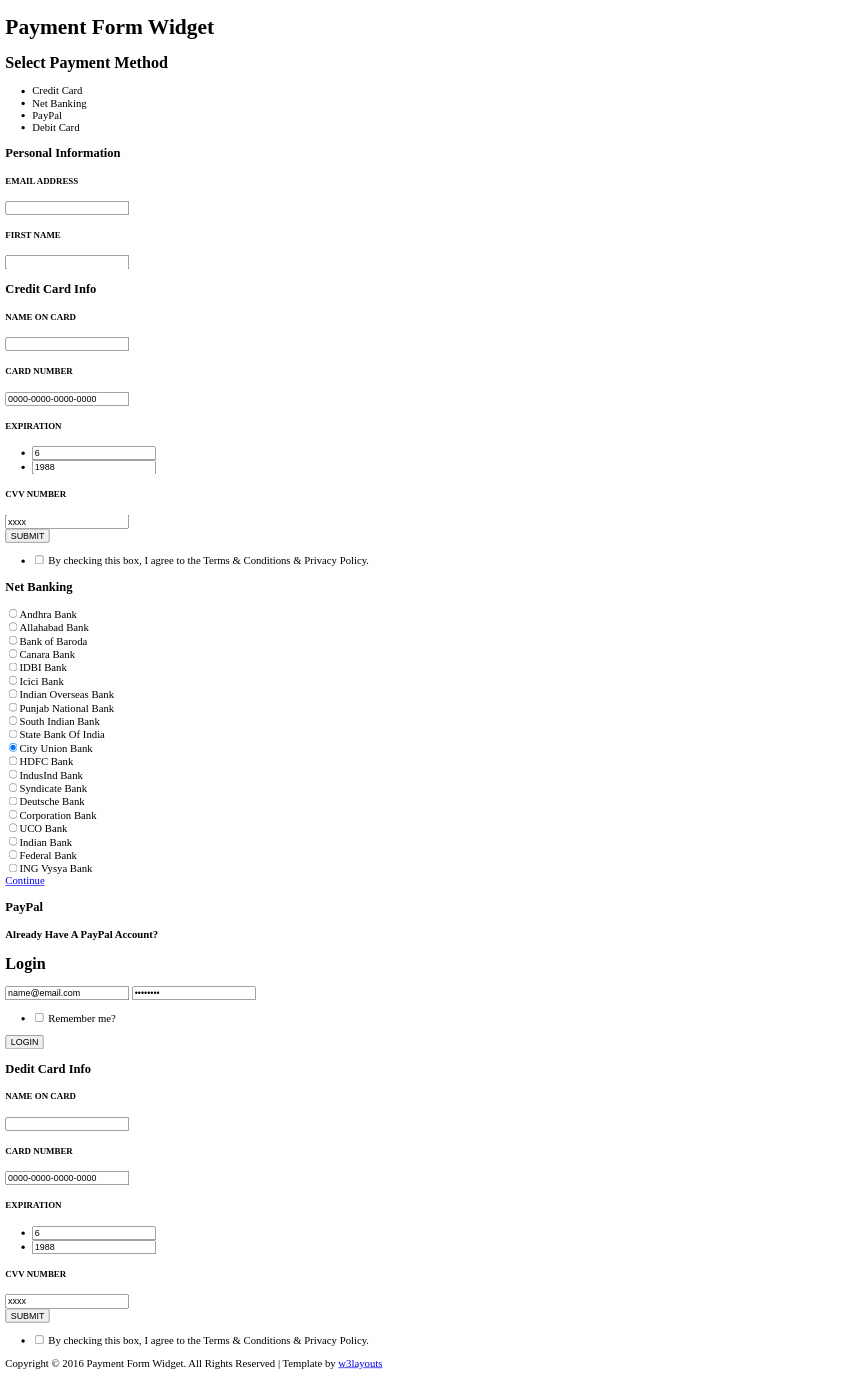
Repository: abinbabu/project-1-final
Page: http://localhost/shoppingcartfront/WEB-INF/views/lastpage.jsp
An editor plug-in stored every save of this project. The page is shown before and after the next save, followed by the edit.
The browser window is 1280 px wide. The pictures show the whole page, at 67% of full size.
The page is served by Tomcat 9. Nobody is signed in. The template is opened directly, without the code that normally fills it, so the values that code supplies are empty.

Above is the page before, as saved 2016-08-21 09:08:40.
Console error: ReferenceError: jQuery is not defined

After the next save:
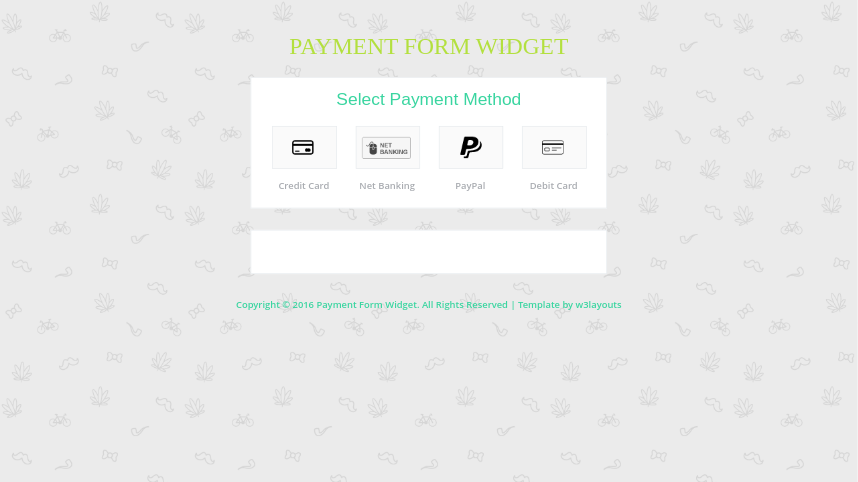
Saved 48 s later.
--- a/final complete/shoppingcartfront/src/main/webapp/WEB-INF/views/lastpage.jsp
+++ b/final complete/shoppingcartfront/src/main/webapp/WEB-INF/views/lastpage.jsp
@@ -6,6 +6,8 @@
 <html>
 <head>
 <meta http-equiv="Content-Type" content="text/html; charset=ISO-8859-1">
+<link href="<c:url value="/resources/css/style.css" />"
+	rel="stylesheet">
 <title>Insert title here</title>
 </head>
 <body>
